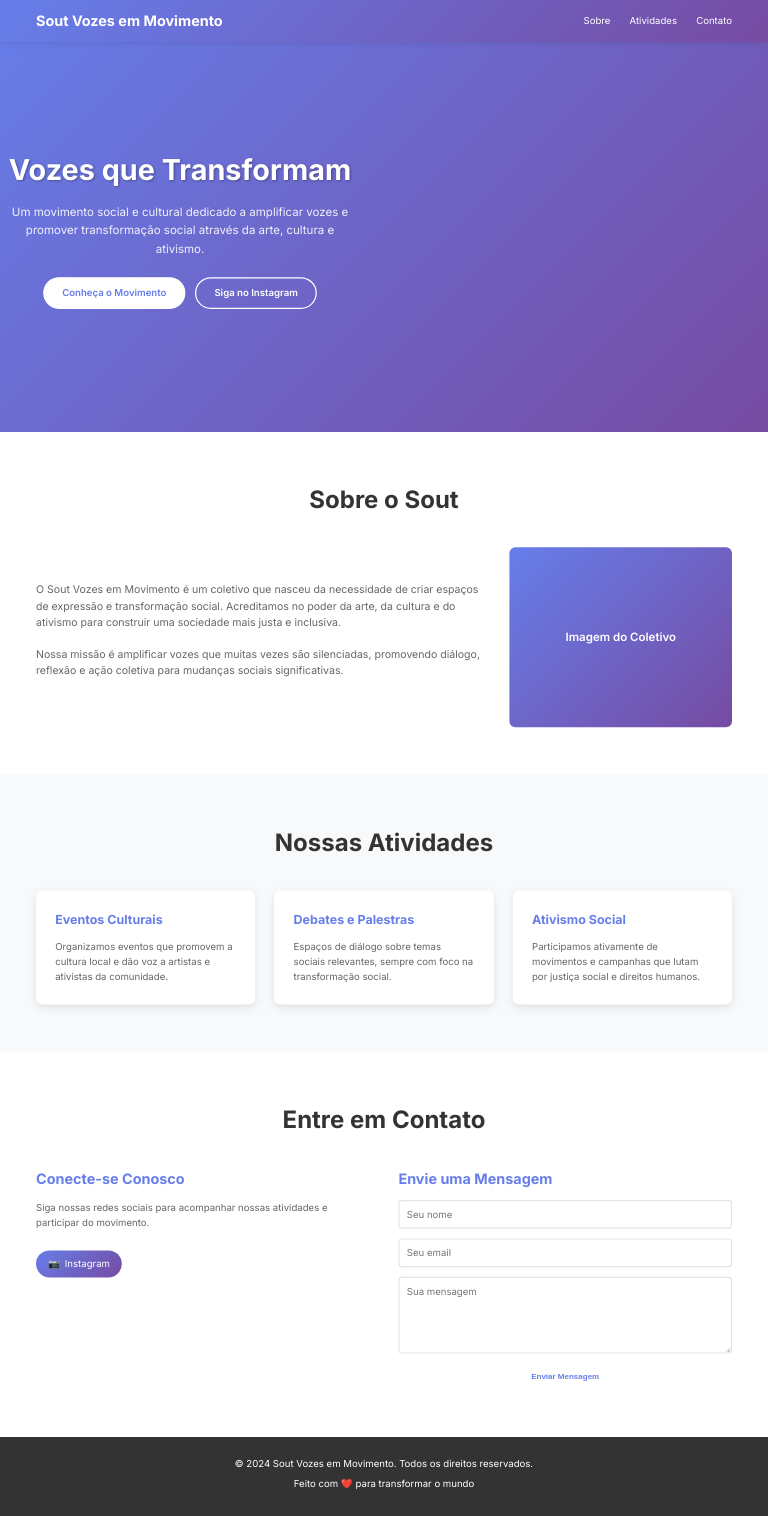
Repository: farukzahra/sout
Page: index.html
These files come from the project's save history. The page is drawn as it stood at one moment and after the next save; the edit follows.
The browser window is 1280 px wide. The pictures show the whole page, at 60% of full size.

Above is the page before, as saved 2025-10-02 12:51:35.

After the next save:
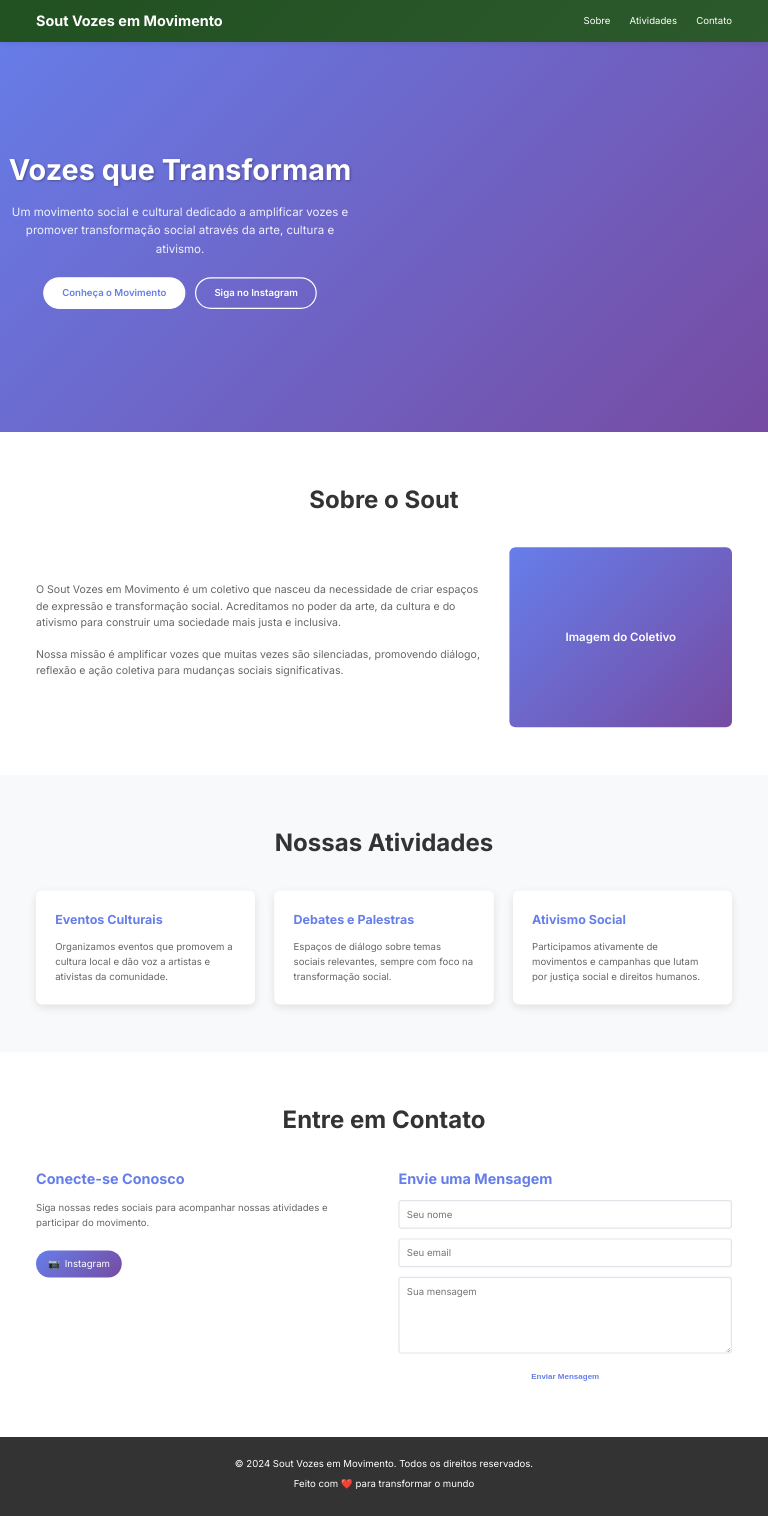
Saved 2 min 58 s later.
--- a/style.css
+++ b/style.css
@@ -20,7 +20,7 @@ body {
 
 /* Header */
 .header {
-    background: linear-gradient(135deg, #667eea 0%, #764ba2 100%);
+    background: linear-gradient(135deg, #215021 0%, #2d5a2d 100%);
     color: white;
     padding: 1rem 0;
     position: fixed;
